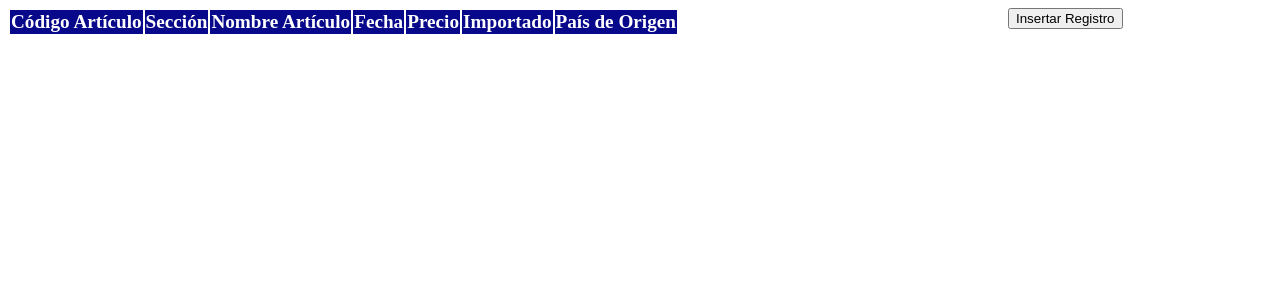
Repository: FernandoJFernandez/Curso-java-2022
Page: http://localhost/Web_de_Productos/ControladorProductos
These files come from the project's save history. The page is drawn as it stood at one moment and after the next save; the edit follows.
The browser window is 1280 px wide. The pictures show the whole page.
The page is served by Tomcat 9. Queries for data that is not in the repository find no rows.

Above is the page before, as saved 2023-04-24 22:55:22.

After the next save:
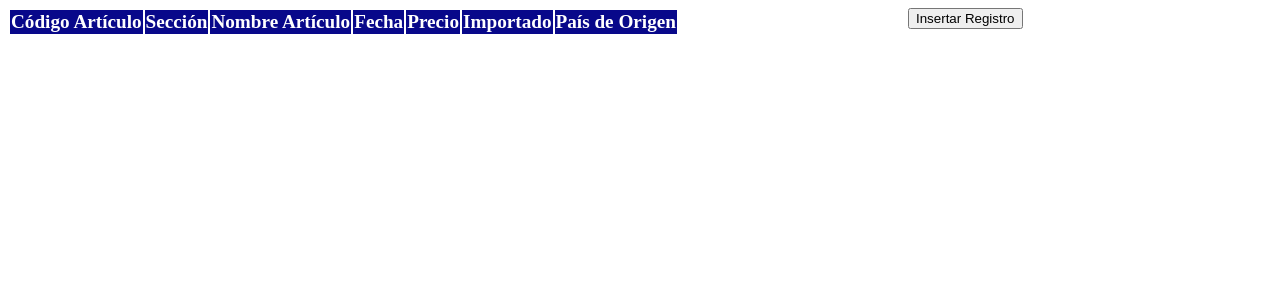
Saved 41 s later.
--- a/Web_de_Productos/src/main/webapp/ListaProductos.jsp
+++ b/Web_de_Productos/src/main/webapp/ListaProductos.jsp
@@ -22,7 +22,7 @@
 			float: left;
 		}
 		#contenedorBoton{
-			margin-left: 1000px;
+			margin-left: 900px;
 		}
 	</style>
 </head>
